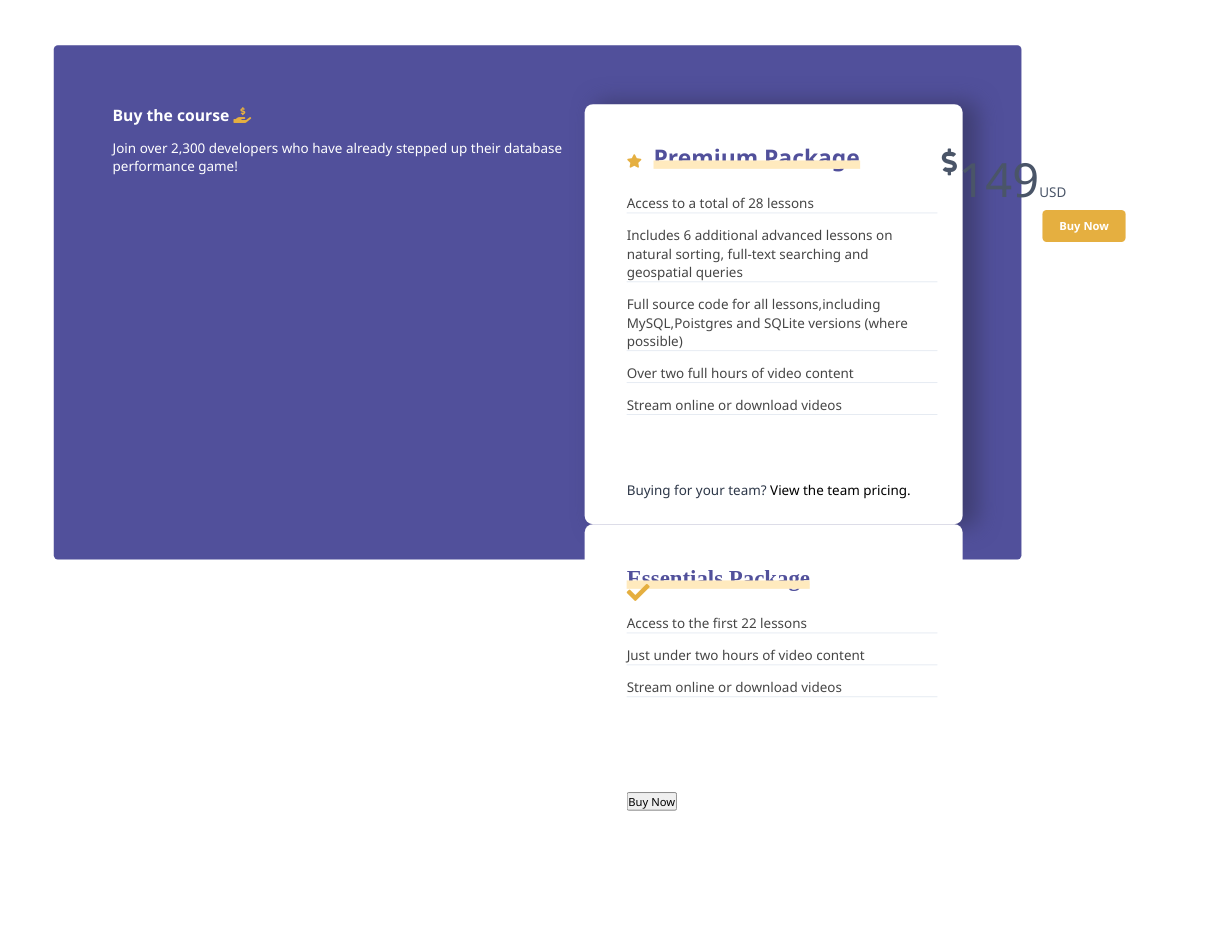
Repository: Z-ayat/Challenges
Page: Challenge 4/index.html
The author's editor kept a copy of each file at every save. The page is drawn from the files as they stood at one save, then again after the next save.
The browser window is 1280 px wide. The page is 1466 px wide, then 1280 px, so the pictures cover 1466 px, including what lies to the right of the window. The pictures show the whole page, at 84% of full size.
Some web libraries are served in a nearby version.

Above is the page before, as saved 2021-09-07 02:50:44.

### Challenge 4/index.html
<!DOCTYPE html>

<head>
    <meta charset="UTF-8">
    <title>Course Offer Box</title>
    <link rel="stylesheet" href="styling/css/master.css">
    <link rel="stylesheet" href="styling/css/all.min.css">
    <link rel="preconnect" href="https://fonts.googleapis.com">
    <link rel="preconnect" href="https://fonts.gstatic.com" crossorigin>
    <link href="https://fonts.googleapis.com/css2?family=Cairo:wght@400;600;700;900&display=swap" rel="stylesheet">
    <link rel="stylesheet" href="https://cdnjs.cloudflare.com/ajax/libs/font-awesome/5.11.2/css/all.min.css">
</head>

<body>
    <div class="container">
        <div class="layout">
            <div class="head">
                <h3>Buy the course <i class="fas fa-hand-holding-usd" style="color: #FFC83D;"></i></h3>
                <p class="join">Join over 2,300 developers who have already stepped up their database performance game!</p>
            </div>
            <div class="prem-pack">
                <i class="fas fa-star">
                    <p class="headtitle">Premium Package</p>
                </i>
                <p class="specs">Access to a total of 28 lessons</p>
                <p class="specs"><span class="import">Includes 6 additional advanced lessons</span> on natural sorting, full-text searching and geospatial queries</p>
                <p class="specs"><span class="import"> Full source code for all lessons,</span>including MySQL,Poistgres and SQLite versions (where possible)</span>
                </p>
                <p class="specs">Over two full hours of video content</p>
                <p class="specs">Stream online or download videos</p>
                <p class="dollar-sign"><span class="price">149</span><span class="usd">USD</span></ح>
                    <button class="btn">Buy Now</button>
                    <p class="buyalign">Buying for your team? <a href="#">View the team pricing.</a></p>
            </div>
            <div class="ess-pack">
                <p class="headtitle fas fa-check">Essentials Package</p>
                <p class="specs"><span class="import">Access to the first 22 lessons</span></p>
                <p class="specs">Just under two hours of video content</p>
                <p class="specs">Stream online or download videos</p>
                <p class="price">99
                    <p class="usd">USD</p>
                </p>
                <button>Buy Now</button>
            </div>
        </div>
</body>

</html>

### Challenge 4/styling/css/master.css
* {
    box-sizing: border-box;
    padding: 0;
    margin: 0;
    font-family: 'Segoe UI', Tahoma, Geneva, Verdana, sans-serif;
}

*::before {
    display: inline-block;
    color: #E5AF40;
    margin-right: 10px;
}

*::after {
    display: inline-block;
    color: #E5AF40;
}

a,
a:focus {
    text-decoration: none;
    cursor: default;
    color: black;
    font-weight: 500;
}

span {
    font-weight: 500;
    display: inline-block !important;
}

:root {
    --clrbg: #51509B;
    --clrhead: #404B5F;
    --clrprice: #4A5568;
    --clrbodyfont: #FFFFFF;
    --facolor: #E5AF40;
    --packb4bordshdw: #FFEABE;
    --clrspecs: #000000ba;
}

body {
    display: flex;
    justify-content: center;
    align-items: center;
    height: 100vh;
}

.layout {
    display: grid;
    grid-template-columns: auto 1fr 1fr auto;
    grid-template-rows: auto 1fr 1fr;
    height: 100%;
}

.container {
    width: 90%;
    height: 85%;
    background-color: var(--clrbg);
    border-radius: 5px;
    color: var(--clrbodyfont);
    padding: 70px 70px;
}

.head {
    margin-bottom: 45px;
}

.head h3 {
    margin-bottom: 1rem;
    font-size: 2..5rem;
}

.price {
    font-size: 3.5rem;
}

.prem-pack {
    background-color: #FFFFFF;
    height: 500px;
    width: 450px;
    padding: 50px;
    border-radius: 10px;
    display: flex;
    flex-flow: wrap column;
    align-items: flex-start;
    position: relative;
    box-shadow: 15px 0 25px 3px #3f3e72;
    -webkit-border-radius: 10px;
    -moz-border-radius: 10px;
    -ms-border-radius: 10px;
    -o-border-radius: 10px;
}

.ess-pack {
    background-color: #FFFFFF;
    height: 500px;
    width: 450px;
    padding: 50px;
    border-radius: 10px;
    display: flex;
    flex-flow: wrap column;
    align-items: flex-start;
    position: relative;
    box-shadow: 1px;
    grid-column-start: 2;
    grid-row-start: 2;
    -webkit-border-radius: 10px;
    -moz-border-radius: 10px;
    -ms-border-radius: 10px;
    -o-border-radius: 10px;
}

.specs {
    width: 35px;
    margin-bottom: 15px;
    overflow-wrap: break-word;
    width: 370px;
    border-bottom: solid 1px #E2E8F0;
    color: var(--clrspecs);
}

.headtitle {
    font-weight: 600;
    color: var(--clrbg) !important;
    font-size: 1.7rem;
    margin-bottom: 30px;
    display: inline-block;
    position: relative;
}

.headtitle p {
    z-index: 2;
}

.headtitle::before {
    position: absolute;
    content: "";
    width: 100%;
    height: 10px;
    bottom: 0;
    background-color: #FFEABE;
    z-index: 1;
}

.buyalign {
    text-justify: auto;
    color: #2D3748;
    position: absolute;
    float: left;
    bottom: 30px;
    left: 50px;
}

.fas {
    color: var(--facolor)
}

.dollar-sign {
    position: relative;
    color: #4A5568;
    margin-left: 25px;
}

.dollar-sign::before {
    position: absolute;
    display: block;
    top: 2px;
    left: -20px;
    font-size: 32px;
    color: #4A5568;
    font-family: "Font Awesome 5 Free" !important;
    font-weight: 900;
    content: "\f155";
}

.btn {
    padding: 10px 20px;
    border: none;
    color: white;
    background-color: #E5AF40;
    margin-left: 100px;
    border-radius: 5px;
    font-weight: 700;
    -webkit-border-radius: 5px;
    -moz-border-radius: 5px;
    -ms-border-radius: 5px;
    -o-border-radius: 5px;
}

Loaded but not shown: Challenge 4/styling/css/all.min.css (library)

After the next save:
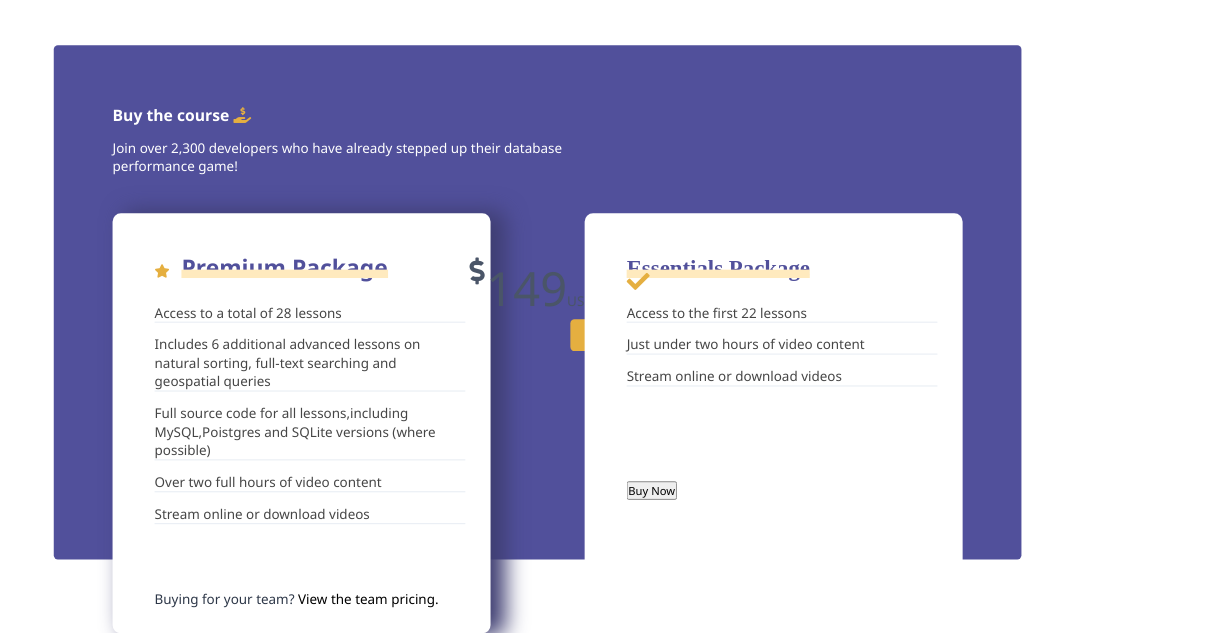
Saved 15 s later.
--- a/Challenge 4/styling/css/master.css
+++ b/Challenge 4/styling/css/master.css
@@ -85,6 +85,8 @@ body {
     flex-flow: wrap column;
     align-items: flex-start;
     position: relative;
+    grid-column-start: 1;
+    grid-row-start: 2;
     box-shadow: 15px 0 25px 3px #3f3e72;
     -webkit-border-radius: 10px;
     -moz-border-radius: 10px;
